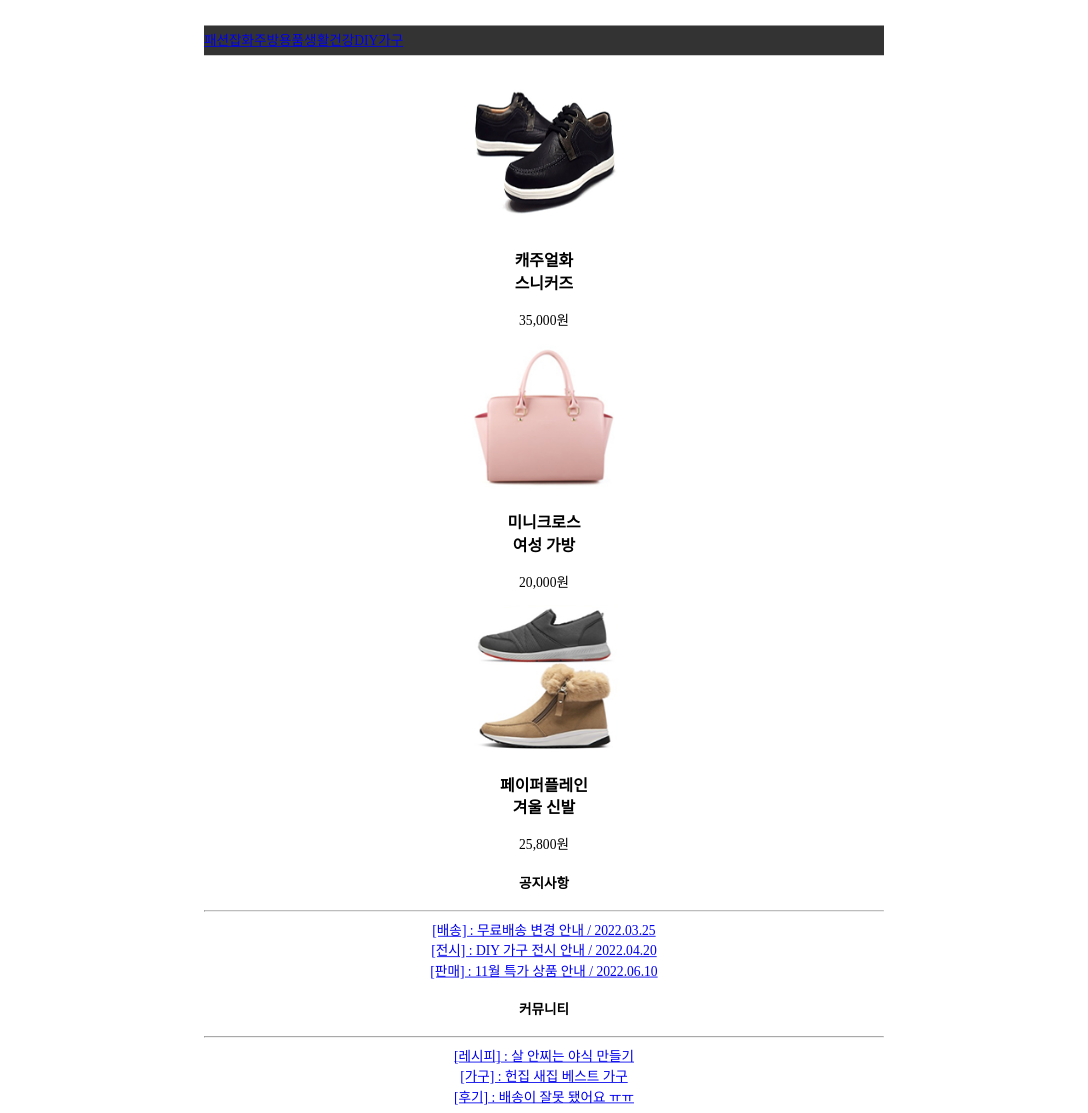
Repository: dudadab/Hhyundaiezwel_Academy
Page: CSS01/src/main/webapp/cssEx.html
The author's editor kept a copy of each file at every save. The page is drawn from the files as they stood at one save, then again after the next save.
The browser window is 1280 px wide. The pictures show the whole page, at 85% of full size.

Above is the page before, as saved 2025-07-02 07:35:09.

### CSS01/src/main/webapp/cssEx.html
<!DOCTYPE html>
<html>
	<head>
		<meta charset="UTF-8">
		<title>CSS 종합 연습문제</title>
		<link rel="stylesheet" type="text/css" href="cssEX.css">
	</head>
	<body>
		<div id="wrap">
			<div id="mainMenuBox">
				<ul id="menuItem">
					<li><a href="#">패션잡화</a></li>
					<li><a href="#">주방용품</a></li>
					<li><a href="#">생활건강</a></li>
					<li><a href="#">DIY가구</a></li>
				</ul>
			</div>
			<div id="productBox">
				<div>
					<img src="image/image/fashion1.png">
					<h3 class="prdTitle">캐주얼화<br>스니커즈</h3>
					<p class="prdPrice">35,000원</p>
				</div>
				<div>
					<img src="image/image/fashion2.png">
					<h3 class="prdTitle">미니크로스<br>여성 가방</h3>
					<p class="prdPrice">20,000원</p>
				</div>
				<div>
					<img src="image/image/fashion3.png">
					<h3 class="prdTitle">페이퍼플레인<br>겨울 신발</h3>
					<p class="prdPrice">25,800원</p>
				</div>
			</div>
			<div id="infoBox">
				<div class="box">
					<h4>공지사항</h4>
					<hr>
					<a href="#">[배송] : 무료배송 변경 안내 / 2022.03.25</a><br>
					<a href="#">[전시] : DIY 가구 전시 안내 / 2022.04.20</a><br>
					<a href="#">[판매] : 11월 특가 상품 안내 / 2022.06.10</a><br>
				</div>
				<div class="box">
					<h4>커뮤니티</h4>
					<hr>
					<a href="#">[레시피] : 살 안찌는 야식 만들기</a><br>
					<a href="#">[가구] : 헌집 새집 베스트 가구</a><br>
					<a href="#">[후기] : 배송이 잘못 됐어요 ㅠㅠ</a><br>
				</div>
			</div>
		</div>
	</body>
</html>

### CSS01/src/main/webapp/cssEX.css
@charset "UTF-8";

/*전체 컨텐츠를 담고 있는 div 태그*/
#wrap{
	margin:0 auto;/*가운데 정렬*/
	width:800px; /*가운데 정렬하기 위해서는 width 값이 있어야 함*/
	text-align:center;

}

#mainMenuBox{
	height:35px;
	line-height:35px; /*줄간격 - 수직 가운데 정렬 효과*/
	background-color:#333;
	margin-top:	30px;
	margin-bottom:30px;

}

#mainMenuBox ul {
	padding-left:0;
	margin:0;
	list-style:none;/*type 없음*/

}

#mainMenuBox li{
	float:left;
}

After the next save:
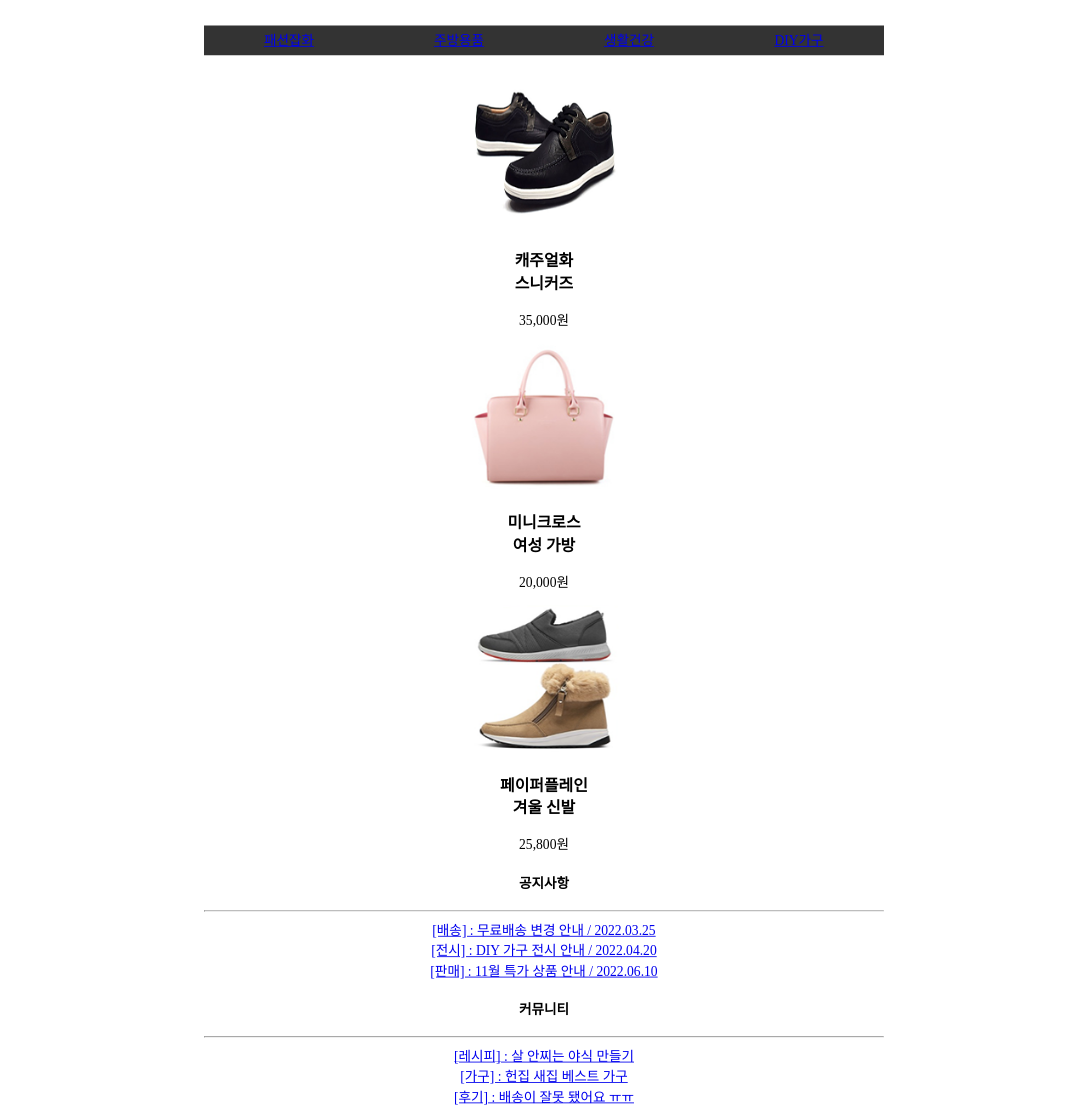
Saved 94 s later.
--- a/CSS01/src/main/webapp/cssEX.css
+++ b/CSS01/src/main/webapp/cssEX.css
@@ -26,4 +26,6 @@
 
 #mainMenuBox li{
 	float:left;
+	width:25%;
+	text-align:center;
 }
